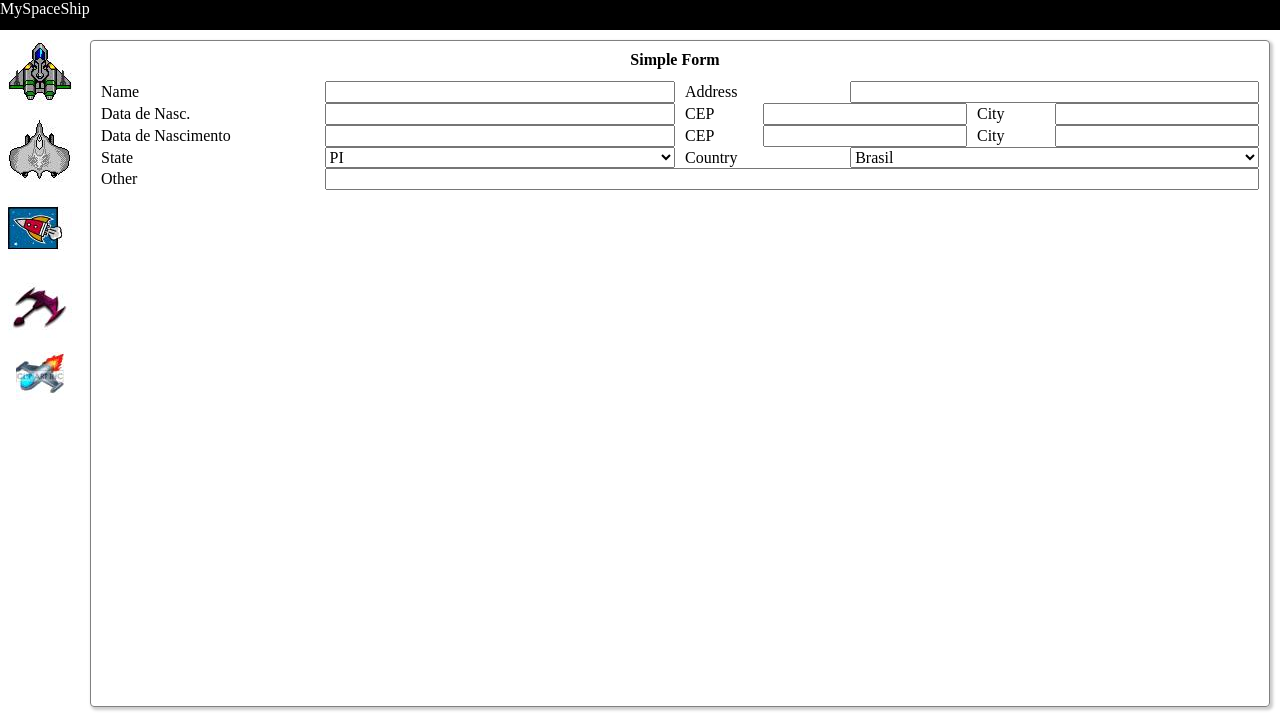
Repository: eudesf/MySpaceShip
Page: MySpaceShip/WebContent/formlayoutajax.html
The author's editor kept a copy of each file at every save. The page is drawn from the files as they stood at one save, then again after the next save.
The browser window is 1280 px wide. The pictures show the whole page.
After loading, the first visible `a.load-article` was clicked once.

Above is the page before, as saved 2012-03-20 18:32:05.

### MySpaceShip/WebContent/formlayoutajax.html
<!DOCTYPE html>

<html>
	<head>
		<meta charset="UTF-8">

		<title>MySpaceShip</title>

		<link rel="stylesheet" href="css/jquery-ui/ui-lightness/jquery-ui-1.8.18.custom.css" type="text/css" media="screen"/>
		<link rel="stylesheet" href="css/mainlayout.css" type="text/css" media="screen"/>
		<link rel="stylesheet" href="css/formlayout.css" type="text/css" media="screen"/>

		<script type="text/javascript" src="js/libs/css3-mediaqueries.js"></script>
		<script type="text/javascript" src="js/libs/jquery-1.7.1.min.js"></script>
		<script type="text/javascript" src="js/libs/jquery-ui-1.8.18.custom.min.js"></script>

		<script>
			$(function() {
				$("a.load-article").click(function() {
					$.get($(this).data("article"), function(data) {
						$("article").fadeOut();
						$("section").html(data);
						applyPlugins("article");
						$("article").fadeIn();
					}, "html");
				});
				$("a.clean-article").click(function() {
					$("section").empty();
				});

				function applyPlugins(container) {
					container = $(container);
					$(".autonumeric", container).autoNumeric();
					$(".datepicker", container).datepicker({
						showOn: "button",
						buttonImage: "images/calendar.gif",
						buttonImageOnly: true
					});
					$("button").button();
				}
			});
		</script>
	</head>
	<body>

		<header>
			<h2>MySpaceShip</h2>
		</header>

		<nav>
			<a href="javascript:void(0)" class="load-article" data-article="articles/simpleform.html">
				<img src="images/ship1.jpg" alt="ship 1 - Simple Form"/>
			</a>
			<a href="javascript:void(0)" class="load-article" data-article="articles/simpleform2.html">
				<img src="images/ship2.jpg" alt="ship 2"/>
			</a>
			<a href="javascript:void(0)" class="load-article" data-article="articles/othercomps.html">
				<img src="images/ship3.jpg" alt="ship 3"/>
			</a>
			<a href="javascript:void(0)">
				<img src="images/ship4.jpg" alt="ship 4"/>
			</a>
			<a href="javascript:void(0)" class="clean-article">
				<img src="images/ship5.jpg" alt="ship 5"/>
			</a>
		</nav>

		<section>

		</section>

	</body>

	<!-- post-loading plugins -->
	<script type="text/javascript" src="js/libs/autonumeric-1.7.4.js"></script>
</html>

### MySpaceShip/WebContent/css/mainlayout.css
/* reset from YUI 3 */
html{color:#000;background:#FFF;}body,div,dl,dt,dd,ul,ol,li,h1,h2,h3,h4,h5,h6,pre,code,form,fieldset,legend,input,textarea,p,blockquote,th,td{margin:0;padding:0;}table{border-collapse:collapse;border-spacing:0;}fieldset,img{border:0;}address,caption,cite,code,dfn,em,strong,th,var{font-style:normal;font-weight:normal;}li{list-style:none;}caption,th{text-align:left;}h1,h2,h3,h4,h5,h6{font-size:100%;font-weight:normal;}q:before,q:after{content:'';}abbr,acronym{border:0;font-variant:normal;}sup{vertical-align:text-top;}sub{vertical-align:text-bottom;}input,textarea,select{font-family:inherit;font-size:inherit;font-weight:inherit;}input,textarea,select{*font-size:100%;}legend{color:#000;}

@media screen and (min-width: 650px) {
	header {
		background: #000;
		color: #fff;
		height: 30px
	}

	nav {
		float: left;
		width: 80px;
	}

	nav a {
		display: block;
		text-align: center;
		padding-top: 10px;
	}

	section {
		position: absolute;
		left: 80px;
		right: 0px;
		top: 30px;
		bottom: 45px;
	}

	article {
		margin: 10px;
		border: 1px solid gray;
		padding: 10px 10px 10px 0;

		-moz-border-radius: 4px;
		-webkit-border-radius: 4px;
		border-radius: 4px;

		-moz-box-shadow:    2px 2px 3px 1px #ccc;
		-webkit-box-shadow: 2px 2px 3px 1px #ccc;
		box-shadow:         2px 2px 3px 1px #ccc;

		height: 100%;
	}

	article header {
		background: white;
		border: 0;
		color: black;
		font-size: 14;
		font-weight: bold;
		text-align: center;
	}
}

### MySpaceShip/WebContent/css/formlayout.css
@media screen and (min-width: 550px) {

	form, form div {
		letter-spacing: -7px;
	}

	form *, form div * {
		letter-spacing: 0;
	}

	form div {
		display: inline-block;
		position: relative;
		margin-top: 5px;
	}

	form label {
		display: inline-block;
		width: 30%;
		vertical-align: middle;
		padding: 0 0 0 10px;

		border: 0;
		-webkit-box-sizing: border-box;
		-moz-box-sizing: border-box;
		box-sizing: border-box;
	}

	form input, form select {
		-webkit-box-sizing: border-box;
		-moz-box-sizing: border-box;
		box-sizing: border-box;

		position: relative;
		width: 70%;
	}

	form input, form select, form img, form button {
		vertical-align: middle;
	}


	form.labelw20p > label {
		width: 20%;
	}

	form .w5p, form .w10p, form .w15p, form .w20p, form .w25p, form .w30p,
	form .w35p, form .w40p, form .w45p, form .w50p, form .w55p, form .w60p,
	form .w65p, form .w70p, form .w75p, form .w80p, form .w85p, form .w90p
	form .w95p, form .w100p {
		margin: 0;
	}

	form .w5p 	{ width: 5%;  }
	form .w10p 	{ width: 10%; }
	form .w15p 	{ width: 15%; }
	form .w20p 	{ width: 20%; }
	form .w25p 	{ width: 25%; }
	form .w30p 	{ width: 30%; }
	form .w35p 	{ width: 35%; }
	form .w40p  { width: 40%; }
	form .w45p 	{ width: 45%; }
	form .w50p 	{ width: 50%; }
	form .w55p 	{ width: 55%; }
	form .w60p 	{ width: 60%; }
	form .w65p 	{ width: 65%; }
	form .w70p 	{ width: 70%; }
	form .w75p 	{ width: 75%; }
	form .w80p 	{ width: 80%; }
	form .w85p  { width: 85%; }
	form .w90p	{ width: 90%; }
	form .w95p	{ width: 95%; }
	form .w100p { width: 100%;}

	/* jquery ui adjusts */
	img.ui-datepicker-trigger {
		width: 5%;
	}
	input.datepicker {
		width: 65%;
	}
	.ui-widget {
		font-size: 12px;
		font-weight: normal;
	}
}

@media screen and (max-width: 550px) {
	label, input {
		display: block;
		width: 95%;
	}
	article {
		margin-left: 10px;
	}
}

### MySpaceShip/WebContent/articles/simpleform.html
<article>
	<header>Simple Form</header>

	<form class="labelw20p">

		<label for="name">Name</label>

		<div class="w30p">
			<input id="name" class="w100p" type="text" />
		</div>

		<div class="w50p">
			<label for="address">Address</label>
			<input id="address" type="text"/>
		</div>

		<label for="birthdate">Data de Nasc.</label>

		<div class="w30p">
			<input id="birthdate" type="text" class="w100p"/>
		</div>

		<div class="w25p">
			<label for="cep">CEP</label>
			<input id="cep" type="text"/>
		</div>

		<div class="w25p">
			<label for="city">City</label>
			<input id="city" type="text"/>
		</div>

		<label for="birthdate">Data de Nascimento</label>

		<div class="w30p">
			<input id="birthdate" type="text" class="w100p"/>
		</div>

		<div class="w25p">
			<label for="cep">CEP</label>
			<input id="cep" type="text"/>
		</div>

		<div class="w25p">
			<label for="city">City</label>
			<input id="city" type="text"/>
		</div>

		<label for="state">State</label>

		<div class="w30p">
			<select id="state" class="w100p">
				<option value="PI">PI</option>
			</select>
		</div>

		<div class="w50p">
			<label for="country">Country</label>
			<select id="country">
				<option value="BRA">Brasil</option>
			</select>
		</div>

		<label for="others">Other</label>
		<div class="w80p">
			<input id="others" type="text" class="w100p" />
		</div>
	</form>
</article>

Loaded but not shown: MySpaceShip/WebContent/css/jquery-ui/ui-lightness/jquery-ui-1.8.18.custom.css (library); MySpaceShip/WebContent/js/libs/css3-mediaqueries.js (library); MySpaceShip/WebContent/js/libs/jquery-1.7.1.min.js (library); MySpaceShip/WebContent/js/libs/jquery-ui-1.8.18.custom.min.js (library); MySpaceShip/WebContent/js/libs/autonumeric-1.7.4.js (library)

After the next save:
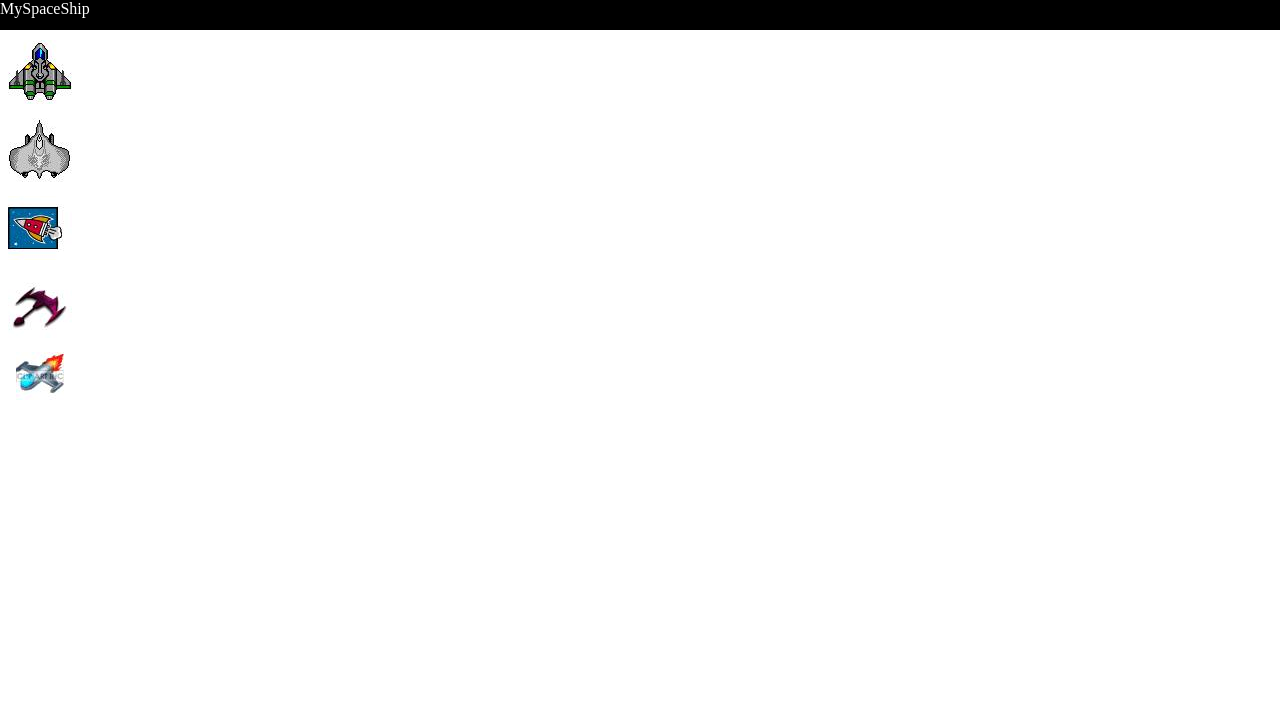
Saved 54 s later.
--- a/MySpaceShip/WebContent/formlayoutajax.html
+++ b/MySpaceShip/WebContent/formlayoutajax.html
@@ -18,10 +18,12 @@
 			$(function() {
 				$("a.load-article").click(function() {
 					$.get($(this).data("article"), function(data) {
-						$("article").fadeOut();
-						$("section").html(data);
-						applyPlugins("article");
-						$("article").fadeIn();
+						$("article").fadeOut("fast", function() {
+							$("section").html(data);
+							applyPlugins("article");
+							$("article").fadeIn("fast");
+						});
+
 					}, "html");
 				});
 				$("a.clean-article").click(function() {

After the save that followed:
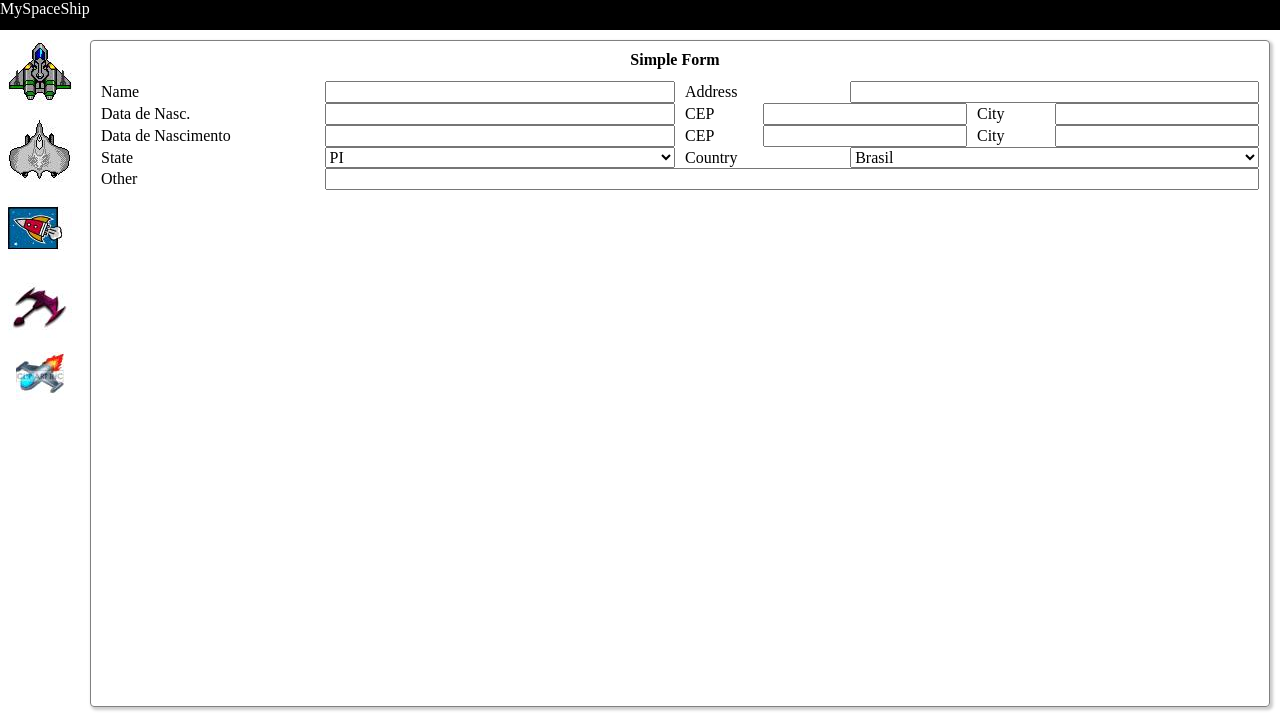
Saved 23 s later.
--- a/MySpaceShip/WebContent/formlayoutajax.html
+++ b/MySpaceShip/WebContent/formlayoutajax.html
@@ -18,9 +18,11 @@
 			$(function() {
 				$("a.load-article").click(function() {
 					$.get($(this).data("article"), function(data) {
+
+						$("section").html(data);
+						applyPlugins("article");
+
 						$("article").fadeOut("fast", function() {
-							$("section").html(data);
-							applyPlugins("article");
 							$("article").fadeIn("fast");
 						});
 
